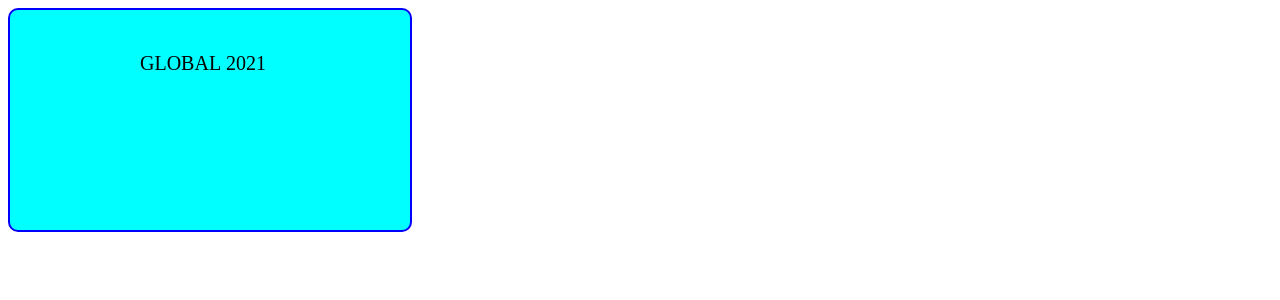
Repository: Tan-Khang21/TH_TKW--Buoi_05
Page: Bai_Tap_Ve_Nha/Bai_02/Canvas11.html
The author's editor kept a copy of each file at every save. The page is drawn from the files as they stood at one save, then again after the next save.
The browser window is 1280 px wide. The pictures show the whole page.

Above is the page before, as saved 2024-03-10 22:23:15.

### Bai_Tap_Ve_Nha/Bai_02/Canvas11.html
<!DOCTYPE html>
<html lang="en">
  <head>
    <meta charset="UTF-8" />
    <meta name="viewport" content="width=device-width, initial-scale=1.0" />
    <title>Document</title>
  </head>
  <body>
    <canvas
      id="myCanvas"
      style="
        border: 2px solid blue;
        background-color: aqua;
        border-radius: 10px;
      "
      width="400px"
      height="220px"
    ></canvas>
    <script>
      var canvas = document.getElementById("myCanvas"),
        ctx = canvas.getContext("2d");
      ctx.beginPath();
      ctx.beginPath();
      ctx.font = "20px Arials";
      ctx.fillText("GLOBAL 2021", 130, 60);
    </script>
  </body>
</html>

After the next save:
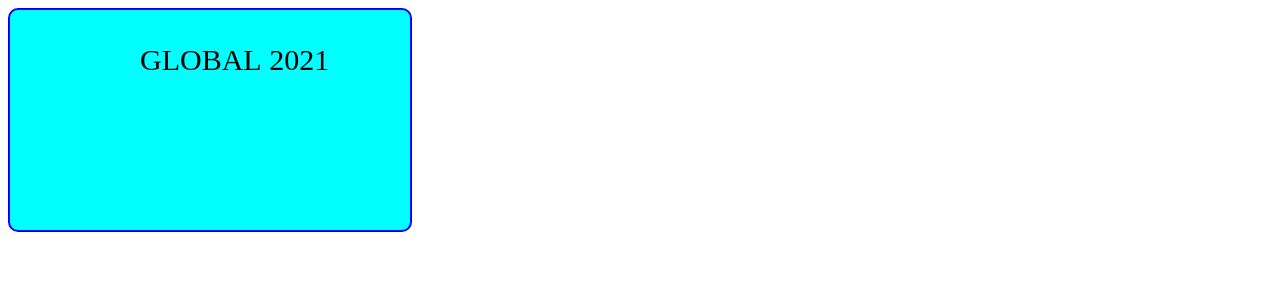
Saved 6 s later.
--- a/Bai_Tap_Ve_Nha/Bai_02/Canvas11.html
+++ b/Bai_Tap_Ve_Nha/Bai_02/Canvas11.html
@@ -21,7 +21,7 @@
         ctx = canvas.getContext("2d");
       ctx.beginPath();
       ctx.beginPath();
-      ctx.font = "20px Arials";
+      ctx.font = "30px Arials";
       ctx.fillText("GLOBAL 2021", 130, 60);
     </script>
   </body>
